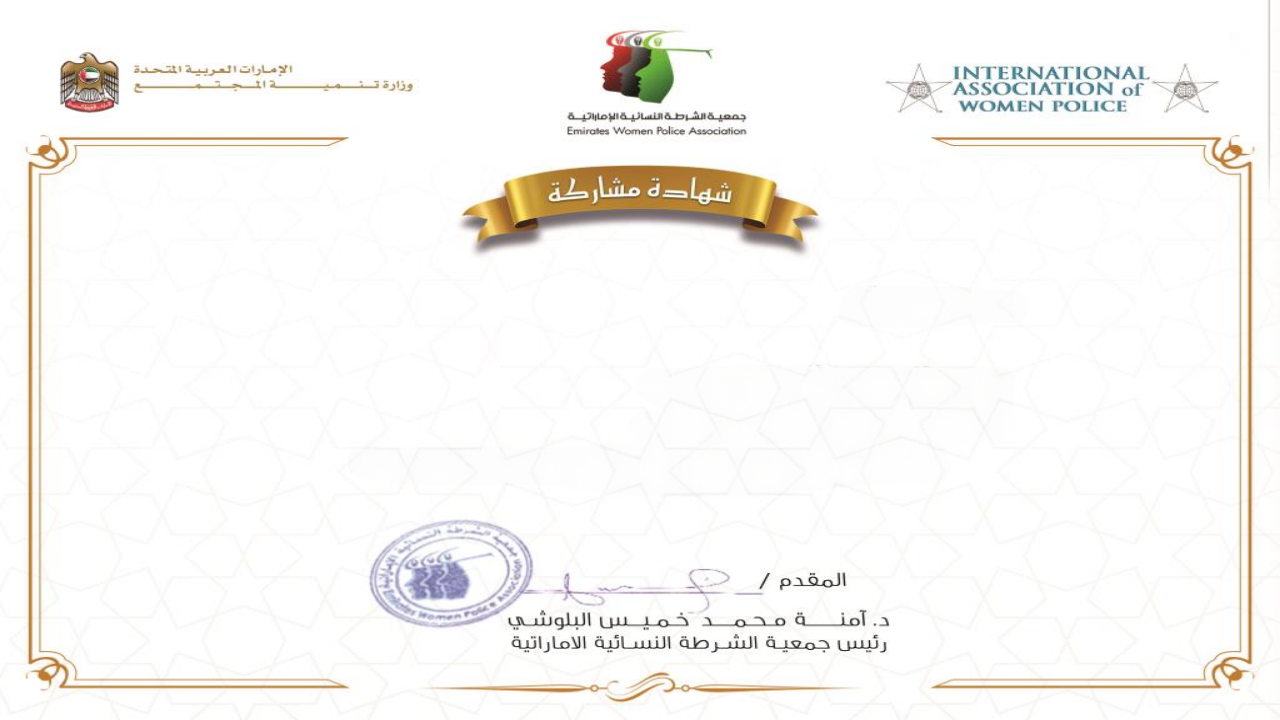
Repository: YahiaSala7/version-one
Page: index.html
The author's editor kept a copy of each file at every save. The page is drawn from the files as they stood at one save, then again after the next save.
The browser window is 1280 px wide. The pictures show the whole page.

Above is the page before, as saved 2024-04-16 17:20:44.

### index.html
<!DOCTYPE html>
<html lang="en">
<head>
    <meta charset="UTF-8">
    <meta name="viewport" content="width=device-width, initial-scale=1.0">
    <title>شهادة مشاركة</title>
    <link rel="stylesheet" href="./style.css">
</head>
<body>
    <div class="parent">
            <img src="./imgs/img.png" alt="">
    </div>
</body>
</html>

### style.css
*{
    padding: 0;
    margin: 0;
    -webkit-box-sizing: border-box;
    -moz-box-sizing: border-box;
    box-sizing: border-box;
}
.parent{
    display: flex;
    justify-content: center;
    align-items: center;
    height: 100svh;
}
.parent img{
    width: 100%;
}
@media (min-width:1280px) {
    .parent img{
        width: 100%;
        height: 100svh;
    }
}

After the next save:
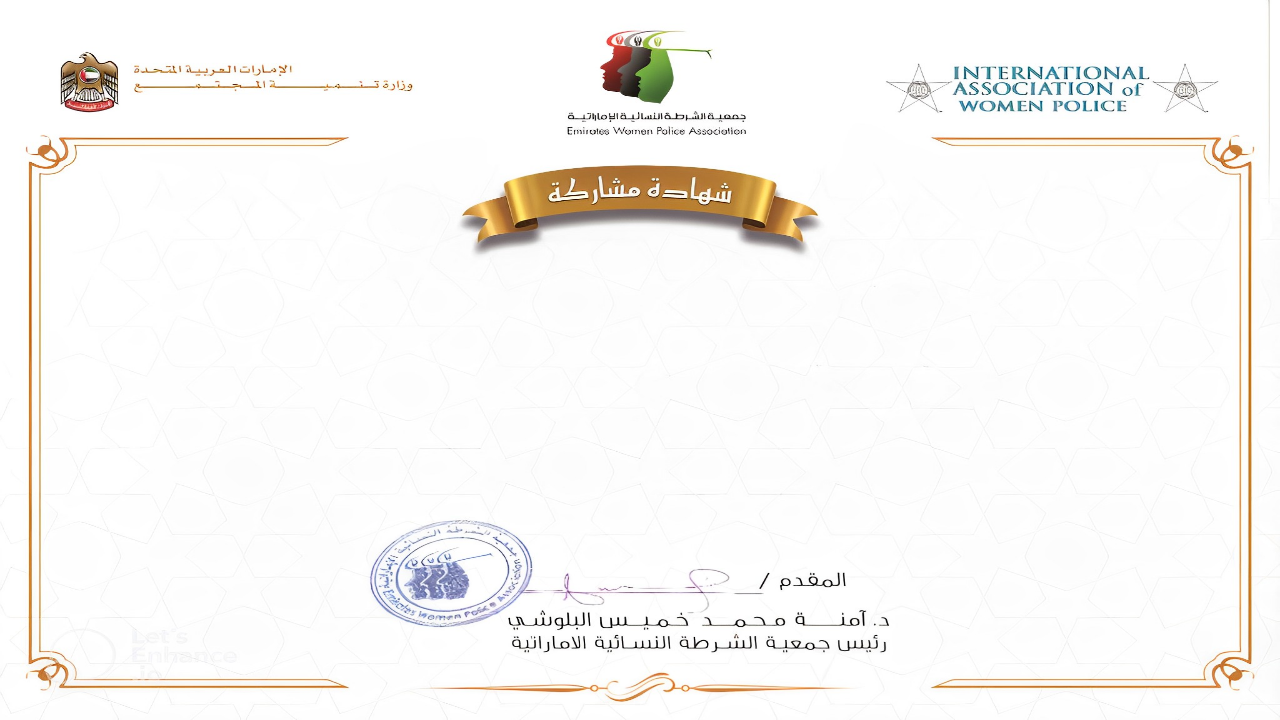
Saved 12 min 14 s later.
--- a/index.html
+++ b/index.html
@@ -8,7 +8,7 @@
 </head>
 <body>
     <div class="parent">
-            <img src="./imgs/img.png" alt="">
+            <img src="./imgs/img.jpg" alt="">
     </div>
 </body>
 </html>

After the save that followed:
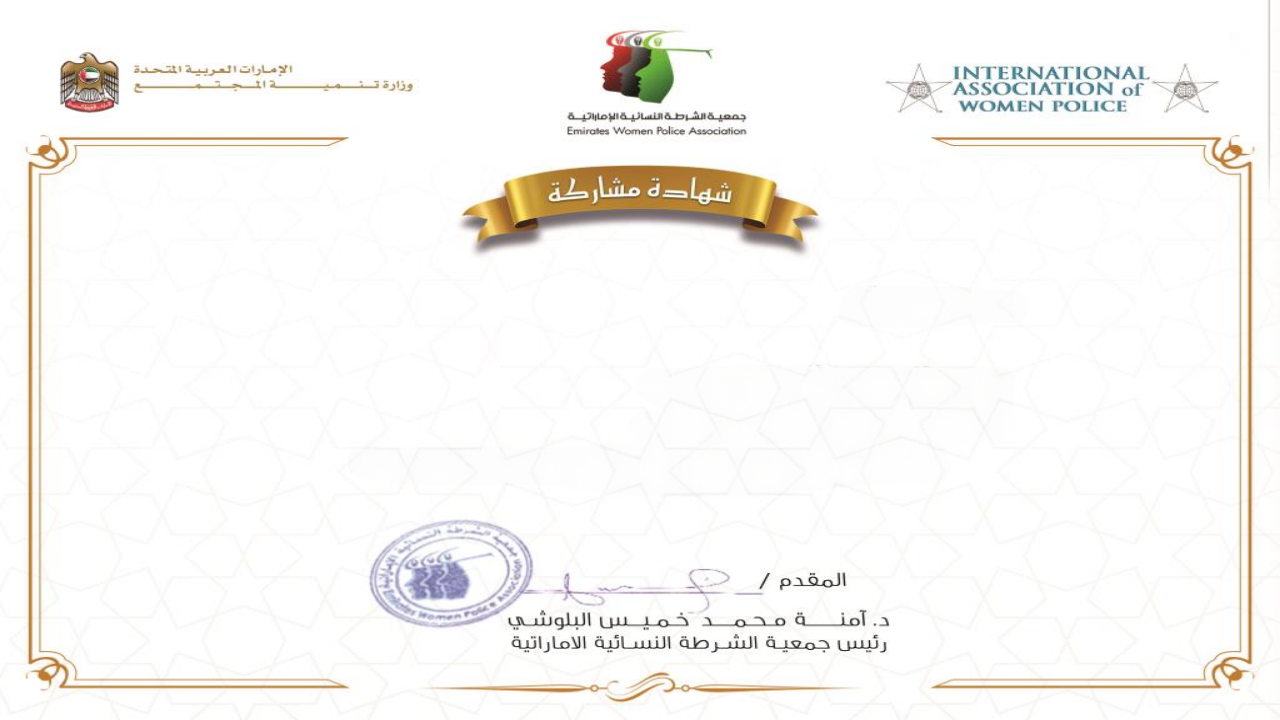
Saved 53 s later.
--- a/index.html
+++ b/index.html
@@ -8,7 +8,7 @@
 </head>
 <body>
     <div class="parent">
-            <img src="./imgs/img.jpg" alt="">
+            <img src="./imgs/img.png" alt="">
     </div>
 </body>
 </html>
